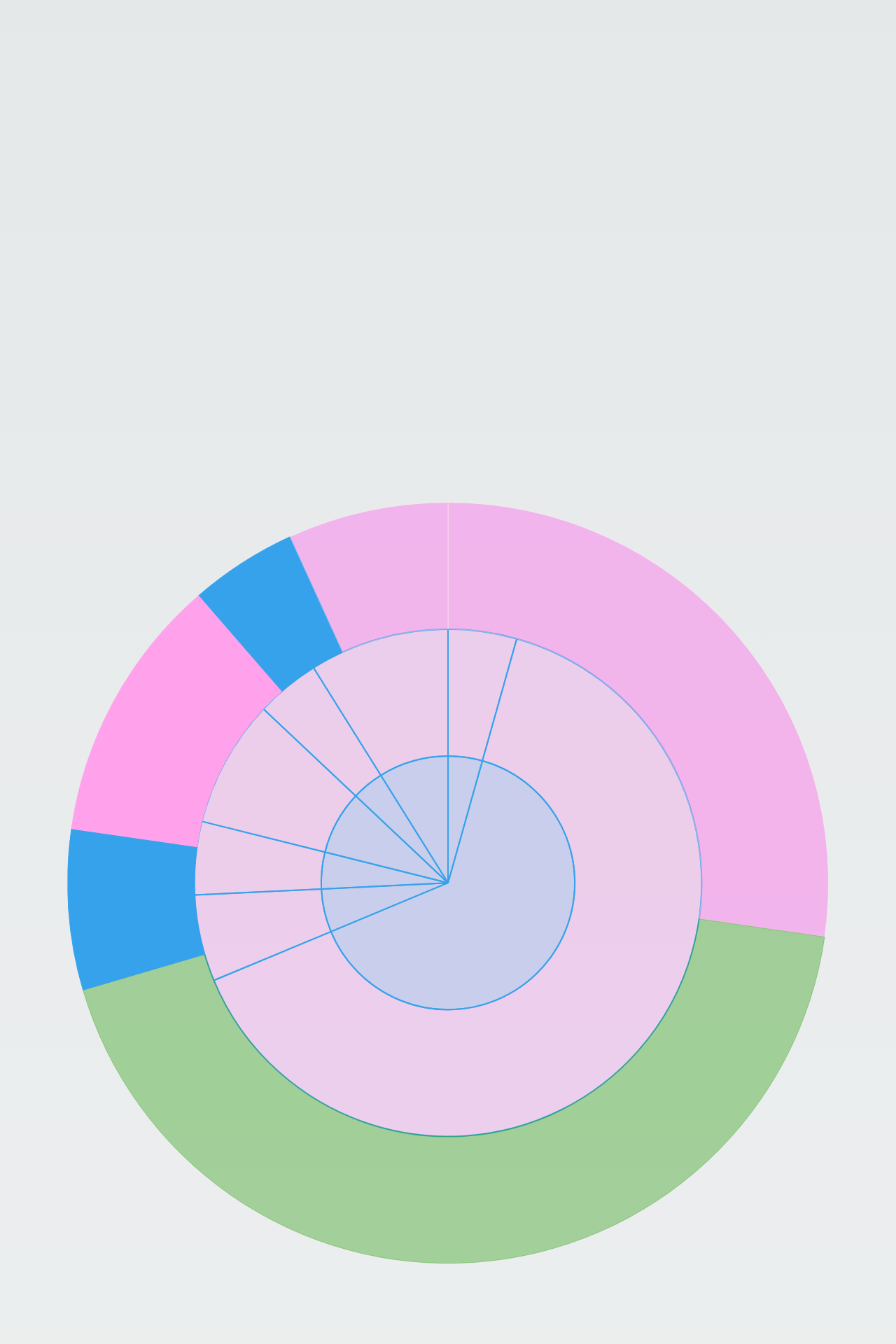
Repository: GavinPahal/exercise-5
Page: /
These files come from the project's save history. The page is drawn as it stood at one moment and after the next save; the edit follows.
The browser window is 1280 px wide. The pictures show the part of the page from y = 4580 to 6500 px (the page is 12160 px tall), at 70% of full size.
The project was rebuilt for these pictures with package versions that can differ from the ones it lists, and the page was loaded fresh each time. The framework's server and built-in components were replaced by stand-ins that run in the browser. Also part of the build but not shown: next.config.mjs, components/Vertical/index.js.

Above is the page before, as saved 2024-04-15 10:44:25.

### pages/index.js
import VerticalChart from "@/components/Vertical";
import styles from "@/styles/Home.module.css";
import HoriztonalChart from "@/components/HoriztonalChart";
import PieChart from "@/components/PieChart";

export default function Home() {
  return (
    <>
      <main className={`${styles.main}`}>
        <PieChart/>
       {/* <VerticalChart/> */}
       <HoriztonalChart/>
      </main>
    </>
  );
}

### components/HoriztonalChart/index.js
import styles from './HoriztonalChart.module.css'
import { Bar } from 'react-chartjs-2'

import {
    Chart as ChartJS,
    CategoryScale,
    LinearScale,
    BarElement,
    Title,
    Tooltip,
    Legend
} from 'chart.js'
import { useEffect, useState } from 'react'

ChartJS.register(
    CategoryScale,
    LinearScale,
    BarElement,
    Title,
    Tooltip,
    Legend
)

export default function HoriztonalChart() {
    const [chartData, setChartData] = useState({
        datasets: []
    })
    const [chartOptions, setChartOptions] = useState({});

    useEffect(() => {
        setChartData({
            labels: ["Sun", "Mon", "Tue", "Wed", "Thu", "Fri", "Sat"],
            datasets: [
                {
                    labels: 'Data 1',
                    data: [15234, 224382, 19245, 16243, 28356, 14235, 31000],
                    borderColor: 'rgb(53, 162, 235)',
                    backgroundColor: 'rgba(53, 162, 235, 0.4)'
                },
                {
                    labels: 'Data 2',
                    data: [15234, 224382, 19245, 16243, 28356, 14235, 31000],
                    borderColor: 'rgb(53, 162, 235)',
                    backgroundColor: 'rgba(240, 162, 235, 0.4)'
                },
                {
                    labels: 'Data 3',
                    data: [15234, 224382, 19245, 16243, 28356, 14235, 31000],
                    borderColor: 'rgb(53, 162, 235)',
                    backgroundColor: 'rgba(150, 162, 235, 0.4)'
                },
            ]
        });

    setChartOptions({
        indexAxis: 'y',
        plugins: {
            legend: {
                position: 'top'
            },
            title: {
                display: true,
                text: 'Daily Revenue'
            }
        },
        maintainAspectRatio: true,
        responsive: true,
    })
}, []);
return (
    <>
        <Bar data={chartData} options={chartOptions} style={{ width: "500px", height: "300px" }} />
    </>
)
}

### components/PieChart/index.js
import styles from './PieChart.module.css'
import { Pie } from 'react-chartjs-2'

import {
    Chart as ChartJS,
    CategoryScale,
    ArcElement,
    Tooltip,
    Legend
} from 'chart.js'
import { useEffect, useState } from 'react'

ChartJS.register(
    CategoryScale,
    ArcElement,
    Tooltip,
    Legend
)

export default function PieChart() {
    const [chartData, setChartData] = useState({
        datasets: []
    })
    const [chartOptions, setChartOptions] = useState({});

    useEffect(() => {
        setChartData({
            labels: ["Red","Blue", "Yellow", "Green", "Purple", "Organge"],
            datasets: [
                {
                    labels: 'Data 1',
                    data: [12, 19, 3, 5, 2, 3],
                    backgroundColor: [
                        'rgb(255, 99, 235, 0.4)',
                        'rgb(53, 162, 25, 0.4)',
                        'rgb(53, 162, 235)',
                        'rgb(255, 162, 235)',
                        'rgb(53, 162, 235)',

                    ],

                    borderColor: [
                        'rgb(255, 1008, 235, 0.4)',
                        'rgb(53, 162, 25, 0.4)',
                        'rgb(53, 162, 235)',
                        'rgb(255, 162, 235)',
                        'rgb(53, 162, 235)'
                    ],
                    borderWidth: 1
                },
                {
                    labels: 'Data 2',
                    data: [15234, 224382, 19245, 16243, 28356, 14235, 31000],
                    borderColor: 'rgb(53, 162, 235)',
                    backgroundColor: 'rgba(240, 162, 235, 0.4)'
                },
                {
                    labels: 'Data 3',
                    data: [15234, 224382, 19245, 16243, 28356, 14235, 31000],
                    borderColor: 'rgb(53, 162, 235)',
                    backgroundColor: 'rgba(150, 162, 235, 0.4)'
                },
            ]
        });

    setChartOptions({
        plugins: {
            legend: {
                position: 'top'
            },
            title: {
                display: true,
                text: 'Daily Revenue'
            }
        },
        maintainAspectRatio: false,
        responsive: true,
    })
}, []);
return (
    <>
        <Pie data={chartData} options={chartOptions} style={{ width: "500px", height: "300px" }} />
    </>
)
}

Loaded but not shown: pages/_app.js (common file); pages/_document.js (common file); styles/globals.css (common file); styles/Home.module.css (common file); components/HoriztonalChart/HoriztonalChart.module.css (no stored copy; drawn as an empty file); components/PieChart/PieChart.module.css (no stored copy; drawn as an empty file); components/Vertical/VerticalChart.module.css (no stored copy; drawn as an empty file)

After the next save:
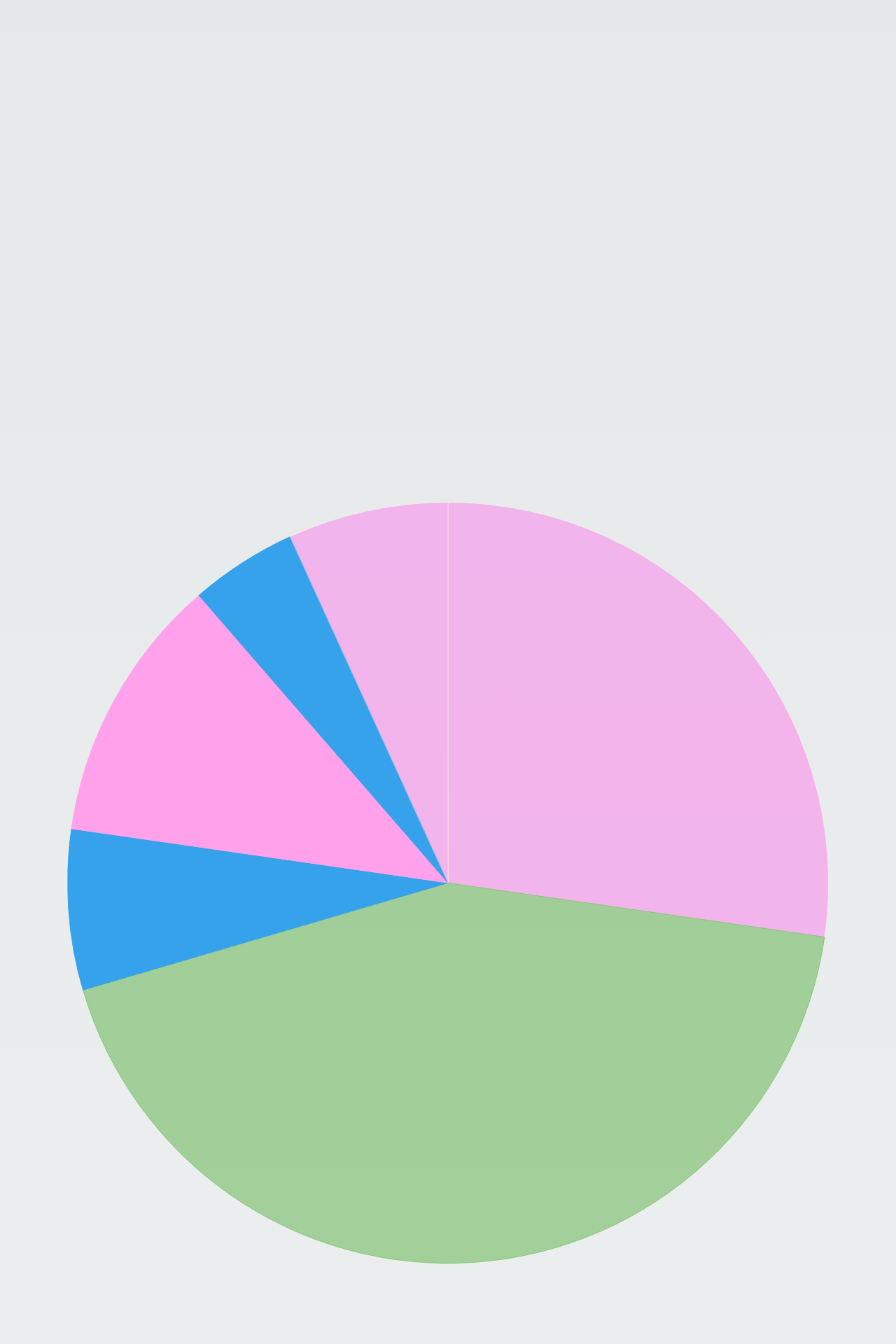
Saved 60 s later.
--- a/components/PieChart/index.js
+++ b/components/PieChart/index.js
@@ -48,18 +48,7 @@ export default function PieChart() {
                     ],
                     borderWidth: 1
                 },
-                {
-                    labels: 'Data 2',
-                    data: [15234, 224382, 19245, 16243, 28356, 14235, 31000],
-                    borderColor: 'rgb(53, 162, 235)',
-                    backgroundColor: 'rgba(240, 162, 235, 0.4)'
-                },
-                {
-                    labels: 'Data 3',
-                    data: [15234, 224382, 19245, 16243, 28356, 14235, 31000],
-                    borderColor: 'rgb(53, 162, 235)',
-                    backgroundColor: 'rgba(150, 162, 235, 0.4)'
-                },
+
             ]
         });
 
